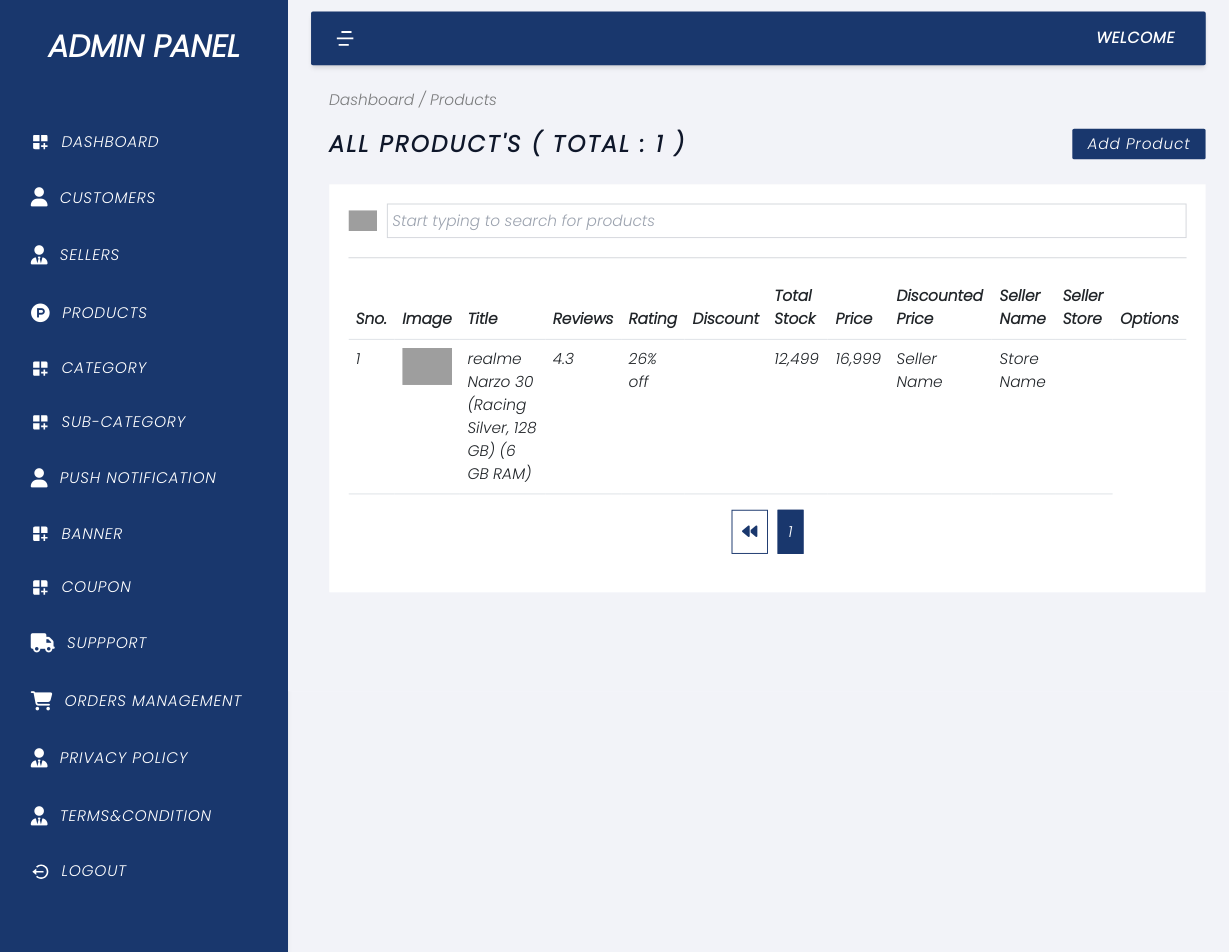
Repository: shishpal2000/admin.aschpro
Page: /Product
An editor plug-in stored every save of this project. The page is shown before and after the next save, followed by the edit.
The browser window is 1280 px wide. The pictures show the whole page, at 96% of full size.
Pictures or frames that could not be fetched are drawn as grey boxes. Some web libraries are served in a nearby version. The project was rebuilt for these pictures with package versions that can differ from the ones it lists, and the page was loaded fresh each time. Also part of the build but not shown: src/E-CommerceAdmin/forms/Login.jsx, src/E-CommerceAdmin/pages/Dashboard.jsx, src/E-CommerceAdmin/pages/ECategory.js, src/E-CommerceAdmin/pages/EVendorList.js, src/E-CommerceAdmin/pages/EAdminOrders.js, src/E-CommerceAdmin/pages/EAdminDelivery.js, src/E-CommerceAdmin/pages/EAdminCustomer.js, src/E-CommerceAdmin/pages/ESubCategory.js and 5 more. Imported but missing from the stored project, and not drawn on this page: src/E-CommerceAdmin/pages/Complaints, src/E-CommerceAdmin/pages/Component/SpinnerComp, src/E-CommerceAdmin/pages/EAdmin, src/E-CommerceAdmin/pages/EAdminProduct, src/E-CommerceAdmin/pages/ESingleProduct, src/E-CommerceAdmin/pages/GetMeThis, src/E-CommerceAdmin/pages/HelpSupport.

Above is the page before, as saved 2023-06-28 15:25:14.

### public/index.html
<!-- @format -->

<!DOCTYPE html>
<html lang="en">
  <head>
    <meta charset="utf-8" />
    <meta name="viewport" content="width=device-width, initial-scale=1" />
    <meta name="theme-color" content="#000000" />
    <meta
      name="description"
      content="Web site created using create-react-app"
    />
    <link rel="icon" href="%PUBLIC_URL%/favicon.png" />
    <link rel="manifest" href="%PUBLIC_URL%/manifest.json" />
    <link rel="preconnect" href="https://fonts.googleapis.com">
<link rel="preconnect" href="https://fonts.gstatic.com" crossorigin>
<link href="https://fonts.googleapis.com/css2?family=Roboto+Mono:ital,wght@1,300&display=swap" rel="stylesheet">
    <title>Subharambh</title>
  </head>
  <body>
    <noscript>You need to enable JavaScript to run this app.</noscript>
    <div id="root"></div>
    <script src="https://code.jquery.com/jquery-3.6.0.min.js"></script>
    <script src="https://kit.fontawesome.com/b533b351e4.js" crossorigin="anonymous"></script>
    <script type="module" src="https://unpkg.com/ionicons@7.1.0/dist/ionicons/ionicons.esm.js"></script>
<script nomodule src="https://unpkg.com/ionicons@7.1.0/dist/ionicons/ionicons.js"></script>
  </body>
</html>

### src/E-CommerceAdmin/pages/EProduct.js
/** @format */

import React, { useEffect, useState } from "react";
import HOC from "../layout/HOC";
import { Table, Modal, Form, Button, FloatingLabel } from "react-bootstrap";
import SpinnerComp from "./Component/SpinnerComp";

const EProduct = () => {
  const [modalShow, setModalShow] = useState(false);
  const [edit, setEdit] = useState(false);
  const [query, setQuery] = useState("");

  const data = [
    {
      img: "https://rukminim1.flixcart.com/image/416/416/kq18n0w0/mobile/y/2/b/narzo-30-rmx2156-realme-original-imag45yhzhugdcqh.jpeg?q=70",
      name: "realme Narzo 30 (Racing Silver, 128 GB)  (6 GB RAM)",
      review: "4.3",
      rating: "77,509 Ratings & 6,081 Reviews",
      discount: "26% off",
      price: "12,499",
      discountedPrice: "16,999",
      features: [
        "6 GB RAM | 128 GB ROM | Expandable Upto 256 GB",
        "16.51 cm (6.5 inch) Full HD+ Display",
        "48MP + 2MP + 2MP | 16MP Front Camera ",
        "5000 mAh Battery ",
        "MediaTek Helio G95 Processor",
        "30W Charger",
      ],
      description:
        "With the realme Narzo 30, make your mobile gaming experience smooth, lag-free, and immersive. This smartphone runs on the Helio G95 Gaming Processor for intense gaming, a 90 Hz Ultra-smooth Display for smooth scrolling, and a 5000 mAh Massive Battery for hours of gaming marathons.",
      sellerName: "Seller Name",
      storeName: "Store Name",
      color: ["Red", "Black", "Green"],
      size: [""],
    },
  ];

  // Pagination
  const [currentPage2, setCurrentPage2] = useState(1);
  const [postPerPage2] = useState(10);
  const lastPostIndex2 = currentPage2 * postPerPage2;
  const firstPostIndex2 = lastPostIndex2 - postPerPage2;

  let pages2 = [];

  const TotolData = query
    ? data?.filter(
        (i) =>
          i?.product_name?.toLowerCase().includes(query?.toLowerCase()) ||
          i?.quantity?.toString()?.toLowerCase().includes(query?.toLowerCase())
      )
    : data;

  useEffect(() => {
    if (query) {
      setCurrentPage2(1);
    }
  }, [query]);

  const slicedData = TotolData?.slice(firstPostIndex2, lastPostIndex2);

  for (let i = 1; i <= Math.ceil(TotolData?.length / postPerPage2); i++) {
    pages2.push(i);
  }

  function Next() {
    setCurrentPage2(currentPage2 + 1);
  }

  function Prev() {
    if (currentPage2 !== 1) {
      setCurrentPage2(currentPage2 - 1);
    }
  }

  function MyVerticallyCenteredModal(props) {
    return (
      <Modal
        {...props}
        size="lg"
        aria-labelledby="contained-modal-title-vcenter"
        centered
      >
        <Modal.Header closeButton>
          <Modal.Title id="contained-modal-title-vcenter">
            {" "}
            {edit ? "Edit Product" : " Add New Product"}
          </Modal.Title>
        </Modal.Header>
        <Modal.Body>
          <Form>
            <div className="d-flex gap-2" style={{ alignItems: "center" }}>
              <Form.Group className="mb-3">
                <Form.Label>Product Images</Form.Label>
                <Form.Control type="file" required multiple />
              </Form.Group>

              <Button style={{ height: "40px", marginTop: "15px" }}>
                Upload
              </Button>
            </div>

            <Form.Group className="mb-3">
              <Form.Label> Product Name</Form.Label>
              <Form.Control type="text" required />
            </Form.Group>

            <Form.Group className="mb-3">
              <Form.Label>ID</Form.Label>
              <Form.Control type="number" required />
            </Form.Group>

            <Form.Group className="mb-3">
              <Form.Label>ASIN</Form.Label>
              <Form.Control type="text" required />
            </Form.Group>

            <Form.Group className="mb-3">
              <Form.Label>Description</Form.Label>
              <FloatingLabel controlId="floatingTextarea2" label="Description">
                <Form.Control
                  as="textarea"
                  placeholder="Leave a comment here"
                />
              </FloatingLabel>
            </Form.Group>

            <Form.Group className="mb-3">
              <Form.Label>Price</Form.Label>
              <Form.Control type="number" min={0} required />
            </Form.Group>

            <Form.Group className="mb-3">
              <Form.Label>Price Discount</Form.Label>
              <Form.Control type="number" min={0} required />
            </Form.Group>

            <Form.Group className="mb-3">
              <Form.Label>Bullet Text</Form.Label>
              <FloatingLabel controlId="floatingTextarea2">
                <Form.Control
                  as="textarea"
                  placeholder="Leave a comment here"
                />
              </FloatingLabel>
            </Form.Group>

            <Form.Group className="mb-3">
              <Form.Label> Category</Form.Label>
              <Form.Select aria-label="Default select example" required>
                <option>-- Select Category --</option>
              </Form.Select>
            </Form.Group>

            <Form.Group className="mb-3">
              <Form.Label>Quantity</Form.Label>
              <Form.Control type="number" min={0} required />
            </Form.Group>

            <Button className="btn" type="submit">
              Submit
            </Button>
          </Form>
        </Modal.Body>
      </Modal>
    );
  }

  // Carousel Modal

  return (
    <>
      <MyVerticallyCenteredModal
        show={modalShow}
        onHide={() => setModalShow(false)}
      />

      <p className="headP">Dashboard / Products</p>

      <div
        className="pb-4  w-full flex justify-between items-center"
        style={{ width: "98%", marginLeft: "2%" }}
      >
        <span
          className="tracking-widest text-slate-900 font-semibold uppercase"
          style={{ fontSize: "1.5rem" }}
        >
          All Product's ( Total : {data?.length} )
        </span>
        <div className="d-flex gap-1">
          <input type="file" id="excel" style={{ display: "none" }} />

          <button
            onClick={() => {
              setEdit(false);
              setModalShow(true);
            }}
            className="md:py-2 px-3 md:px-4 py-1 rounded-sm bg-[#19376d] text-white tracking-wider"
          >
            Add Product
          </button>
        </div>
      </div>

      <section className="sectionCont">
        {data?.length === 0 || !data ? (
          <SpinnerComp />
        ) : (
          <>
            <div className="filterBox">
              <img
                src="https://t4.ftcdn.net/jpg/01/41/97/61/360_F_141976137_kQrdYIvfn3e0RT1EWbZOmQciOKLMgCwG.jpg"
                alt=""
              />
              <input
                type="search"
                placeholder="Start typing to search for products"
                onChange={(e) => setQuery(e.target.value)}
              />
            </div>

            <div className="overFlowCont">
              <Table>
                <thead>
                  <tr>
                    <th>Sno.</th>
                    <th>Image</th>
                    <th>Title</th>
                    <th>Reviews</th>
                    <th>Rating</th>
                    <th>Discount</th>
                    <th>Total Stock</th>
                    <th>Price</th>
                    <th>Discounted Price</th>
                    <th>Seller Name</th>
                    <th>Seller Store</th>
                    <th> Options </th>
                  </tr>
                </thead>
                <tbody>
                  {slicedData?.map((i, index) => (
                    <tr key={index}>
                    <td> {index+ 1} </td>
                      <td>
                        <img src={i.img} alt="" style={{ width: "60px" }} />
                      </td>
                      <td>
                        {i.name}
                      </td>
                      <td>
                        {i.review}
                      </td>

                      <td>
                        {i.discount}
                      </td>
                      <td>
                        {i.stock}
                      </td>
                      <td>
                        {i.price}
                      </td>
                      <td>
                        {i.discountedPrice}
                      </td>
                      <td>
                        {i.sellerName}
                      </td>
                      <td>
                        {i.storeName}
                      </td>

                      <td>
                        {/* <span className="flexCont">
                          <i className="fa-solid fa-pen-to-square"></i>
                          <i className="fa-solid fa-eye"></i>
                          <i className="fa-sharp fa-solid fa-trash"></i>
                        </span> */}
                      </td>
                    </tr>
                  ))}
                </tbody>
              </Table>

              <div className="pagination">
                <button onClick={() => Prev()} className="prevBtn">
                  <i className="fa-solid fa-backward"></i>
                </button>
                {currentPage2 === 1 ? (
                  ""
                ) : (
                  <button onClick={() => setCurrentPage2(1)}>1</button>
                )}

                {pages2
                  ?.slice(currentPage2 - 1, currentPage2 + 3)
                  .map((i, index) =>
                    i === pages2?.length ? (
                      ""
                    ) : (
                      <button
                        key={index}
                        onClick={() => setCurrentPage2(i)}
                        className={currentPage2 === i ? "activePage" : ""}
                      >
                        {" "}
                        {i}{" "}
                      </button>
                    )
                  )}

                <button
                  onClick={() => setCurrentPage2(pages2?.length)}
                  className={
                    currentPage2 === pages2?.length ? "activePage" : ""
                  }
                >
                  {" "}
                  {pages2?.length}{" "}
                </button>

                {currentPage2 === pages2?.length ? (
                  ""
                ) : (
                  <button onClick={() => Next()} className="nextBtn">
                    {" "}
                    <i className="fa-sharp fa-solid fa-forward"></i>
                  </button>
                )}
              </div>
            </div>
          </>
        )}
      </section>
    </>
  );
};

export default HOC(EProduct);

### src/E-CommerceAdmin/layout/HOC.jsx
/** @format */

import React, { useState } from "react";
import Navbar from "./Navbar";
import Sidebar from "./Sidebar";

const HOC = (Wcomponenet) => {
  return function Component() {
    const [hamb, setHamb] = useState(false);
    return (
      <>
        <section
          className="flex overflow-x-hidden relative "
          style={{ backgroundColor: "#f2f3f8" }}
        >
          {/* Sidebar */}
          <div
            className={
              hamb
                ? " absolute top-0 z-30 md:w-auto shadow-md bg-slate-200  w-60 transition-all md:-left-full left duration-150  h-auto overflow-y-auto  left-0 "
                : " md:w-72 z-30 bg-slate-200  shadow-md  md:static absolute top-0 -left-full   transition-all duration-150  overflow-y-auto h-auto"
            }
            style={{ minWidth: "300px" }}
          >
            <Sidebar hamb={hamb} setHamb={setHamb} />
          </div>
          {/* Components & Navbar */}
          <div
            className={
              hamb
                ? " transition-all px-4 py-2  duration-150 w-full h-screen"
                : " w-full h-screen  px-4 py-2   z-50 transition-all duration-150 "
            }
            style={{ backgroundColor: "#f2f3f8" }}
          >
            <Navbar hamb={hamb} setHamb={setHamb} />
            <div className="my-6 text-#000 h-[87%] wcomp overflow-y-auto">
              {" "}
              <Wcomponenet />
            </div>
          </div>
        </section>
      </>
    );
  };
};

export default HOC;

### src/E-CommerceAdmin/layout/Navbar.jsx
/** @format */

import { RiMenu4Line } from "react-icons/ri";

const Navbar = ({ hamb, setHamb }) => {
  const AdminName = localStorage.getItem("AdminName")
  return (
    <>
      <div
        className={
          hamb
            ? "flex  w-full justify-between  my-1 rounded-sm  p-4 py-3 shadow-md items-center  bg-slate-200 space-x-4"
            : "flex  w-full justify-between my-1 rounded-sm  p-4 py-3 shadow-md items-center  bg-slate-200 space-x-4"
        }
        style={{ backgroundColor: "#19376d" }}
      >
        <RiMenu4Line
          onClick={() => setHamb(!hamb)}
          className="text-2xl font-bold text-gray-900 hover:scale-90 cursor-pointer"
          style={{ color: "#fff" }}
        />

        <section className="flex sm:ml-auto justify-end sm:w-full items-center space-x-2  pr-2">
          <figcaption className="tracking-wider pl-1 font-semibold">
            <div
              className="lg:text-base text-sm text-gray-900  uppercase"
              style={{ color: "#fff" }}
            >
              Welcome {AdminName}
            </div>
          </figcaption>
        </section>
      </div>
    </>
  );
};

export default Navbar;

### src/E-CommerceAdmin/layout/Sidebar.jsx
/** @format */

import React from "react";
import { RiCloseLine } from "react-icons/ri";
import { Link, useNavigate } from "react-router-dom";
import { BiLogOutCircle } from "react-icons/bi";
import { MdDashboardCustomize } from "react-icons/md";

const Sidebar = ({ hamb, setHamb }) => {
  const navigate = useNavigate();

  const nav = [
    {
      icon: <MdDashboardCustomize className="text-xl mr-3 rounded-full " />,
      link: "/dashboard ",
      name: "Dashboard",
    },

    {
      icon: (
        <i className="fa-solid fa-user text-xl mr-3 rounded-full"></i>
      ),
      link: "/Customer",
      name: "Customers",
    },
    {
      icon: <i className="fa-solid fa-user-tie text-xl mr-3 rounded-full"></i>,
      link: "/VendorList",
      name: "Sellers",
    },
    {
      icon: (
    <i className="fa-brands fa-product-hunt text-xl mr-3 rounded-full"></i>
      ),
      link: "/Product",
      name: "Products",
    },
    {
      icon: <MdDashboardCustomize className="text-xl mr-3 rounded-full " />,
      link: "/Category",
      name: "Category",
    },

    {
      icon: <MdDashboardCustomize className="text-xl mr-3 rounded-full " />,
      link: "/SubCategory",
      name: "Sub-Category",
    },
    {
      icon: <i className="fa-solid fa-user text-xl mr-3 rounded-full"></i>,
      link: "/pushNotification",
      name: "Push Notification",
    },

    {
      icon: <MdDashboardCustomize className="text-xl mr-3 rounded-full " />,
      link: "/banner",
      name: "Banner",
    },
    {
      icon: <MdDashboardCustomize className="text-xl mr-3 rounded-full " />,
      link: "/coupon",
      name: "Coupon",
    },

    {
      icon: <i className="fa-solid fa-truck  text-xl mr-3 rounded-full"></i>,
      link: "/Support",
      name: "Suppport",
    },
    {
      icon: (
        <i className="fa-solid fa-cart-shopping text-xl mr-3 rounded-full"></i>
      ),
      link: "/Orders",
      name: "Orders Management",
    },

    {
      icon: <i className="fa-solid fa-user-tie text-xl mr-3 rounded-full"></i>,
      link: "/privacy",
      name: "Privacy Policy",
    },
    {
      icon: <i className="fa-solid fa-user-tie text-xl mr-3 rounded-full"></i>,
      link: "/terms",
      name: "Terms&Condition",
    }
  ];

  const logOut = () => {
    localStorage.clear()
    navigate("/");
  };

  return (
    <>
      <aside
        className="p-4 h-auto"
        style={{ backgroundColor: "#19376d", minHeight: "100vh" }}
      >
        {/* Top */}
        <div className="w-full md:hidden relative  p-2 mb-4">
          <RiCloseLine
            onClick={() => setHamb(!hamb)}
            className="text-3xl  absolute top-2 sm:hover:rotate-[228deg] transition-transform font-bold right-2 sm:hover:text-[22px] text-[rgb(241,146,46)] cursor-pointer"
          />
        </div>{" "}
        <figure className="flex  flex-col items-center">
          <span
            className="font-bold text-[#fff]"
            style={{
              fontSize: "2rem",
              textAlign: "center",
              textTransform: "uppercase",
            }}
          >
            {" "}
            ADMIN PANEL
          </span>
        </figure>
        <nav className="py-6">
          {nav.map((nav) => {
            return (
              <Link
                to={nav.link}
                key={nav.name}
                className=""
                style={{ textDecoration: "none", textTransform: "uppercase" }}
              >
                <span
                  className="flex my-3 items-center cursor-pointer text-gray-900    tracking-wider p-2 rounded-sm"
                  style={{ color: "#FFF" }}
                >
                  {nav.icon} {nav.name}
                </span>
              </Link>
            );
          })}
          <span
            className="flex my-3 items-center cursor-pointer text-gray-900    tracking-wider p-2 rounded-sm"
            onClick={() => logOut()}
            style={{ color: "#FFF", textTransform: "uppercase" }}
          >
            <BiLogOutCircle className="text-xl mr-3 rounded-full " /> LogOut
          </span>
        </nav>
      </aside>
    </>
  );
};

export default Sidebar;

Loaded but not shown: tailwind.config.js (common file); src/App.js (69 lines, source omitted); src/index.js (15 lines, source omitted); src/index.css (496 lines, source omitted)

After the next save:
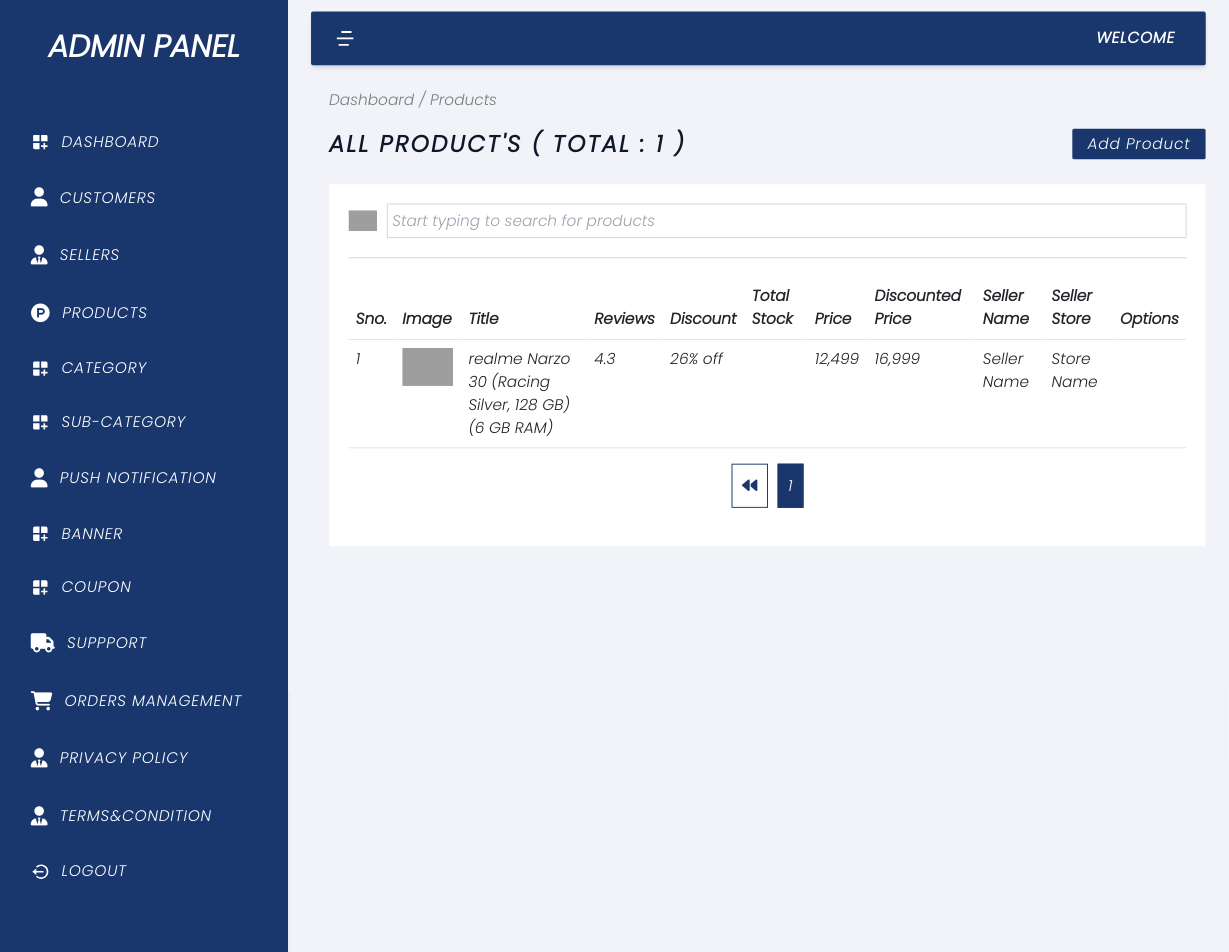
Saved 4 s later.
--- a/src/E-CommerceAdmin/pages/EProduct.js
+++ b/src/E-CommerceAdmin/pages/EProduct.js
@@ -228,7 +228,6 @@
                     <th>Image</th>
                     <th>Title</th>
                     <th>Reviews</th>
-                    <th>Rating</th>
                     <th>Discount</th>
                     <th>Total Stock</th>
                     <th>Price</th>
